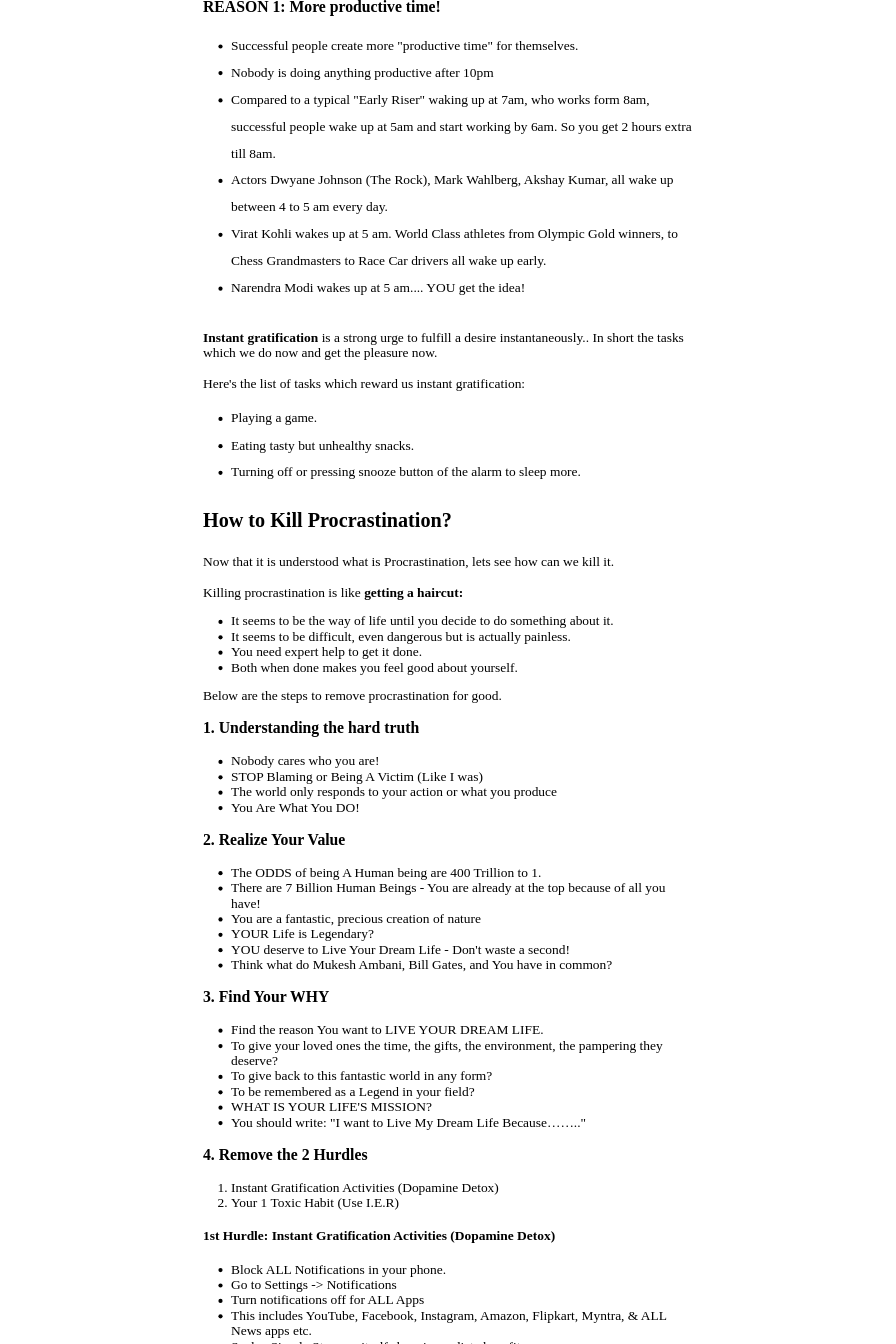
Repository: PuneetP16/Portfolio
Page: Wake Up At 5 AM Every Single Day Like Clockwork.html
These files come from the project's save history. The page is drawn as it stood at one moment and after the next save; the edit follows.
The browser window is 1280 px wide. The pictures show the part of the page from y = 1589 to 3509 px (the page is 4896 px tall before and 4934 px after), at 70% of full size.
A picture or video elsewhere on the page could not be fetched, so the positions and the page height are approximate. Some web fonts or font styles are not loaded; a fallback is used.

Above is the page before, as saved 2021-12-10 03:02:15.

After the next save:
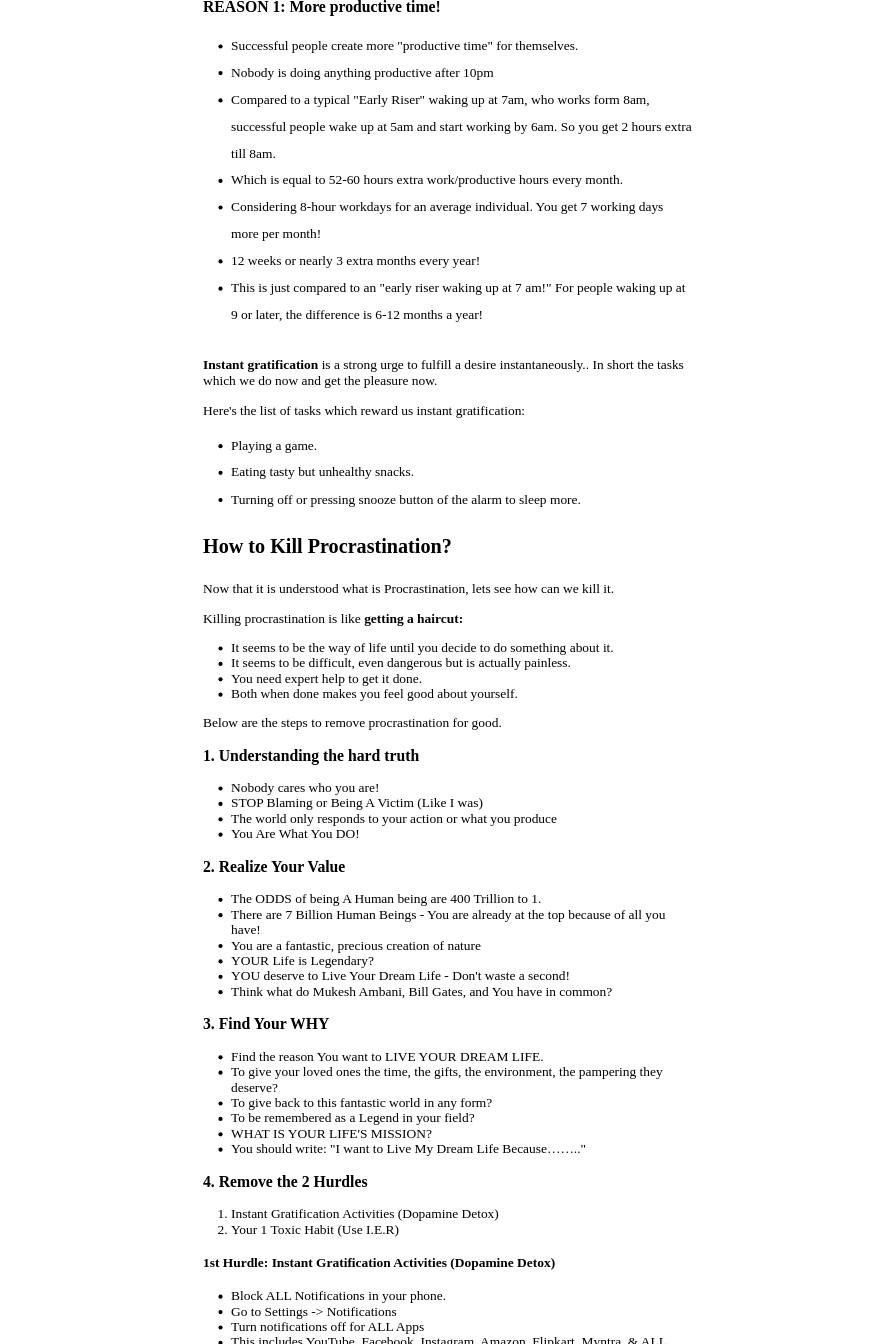
Saved 3 min 2 s later.
--- a/Wake Up At 5 AM Every Single Day Like Clockwork.html
+++ b/Wake Up At 5 AM Every Single Day Like Clockwork.html
@@ -45,9 +45,10 @@
           <li>Successful people create more "productive time" for themselves.</li>
           <li>Nobody is doing anything productive after 10pm</li>
           <li>Compared to a typical "Early Riser" waking up at 7am, who works form 8am, successful people wake up at 5am and start working by 6am. So you get 2 hours extra till 8am. </li>
-           <li>Actors Dwyane Johnson (The Rock), Mark Wahlberg, Akshay Kumar, all wake up between 4 to 5 am every day.</li>
-           <li>Virat Kohli wakes up at 5 am. World Class athletes from Olympic Gold winners, to Chess Grandmasters to Race Car drivers all wake up early.</li>
-           <li>Narendra Modi wakes up at 5 am.... YOU get the idea!</li>
+           <li>Which is equal to 52-60 hours extra work/productive hours every month.</li>
+           <li>Considering 8-hour workdays for an average individual. You get 7 working days more per month!</li>
+           <li>12 weeks or nearly 3 extra months every year! </li>
+           <li>This is just compared to an "early riser waking up at 7 am!" For people waking up at 9 or later, the difference is 6-12 months a year!</li>
         </ul>
         <br>
 
